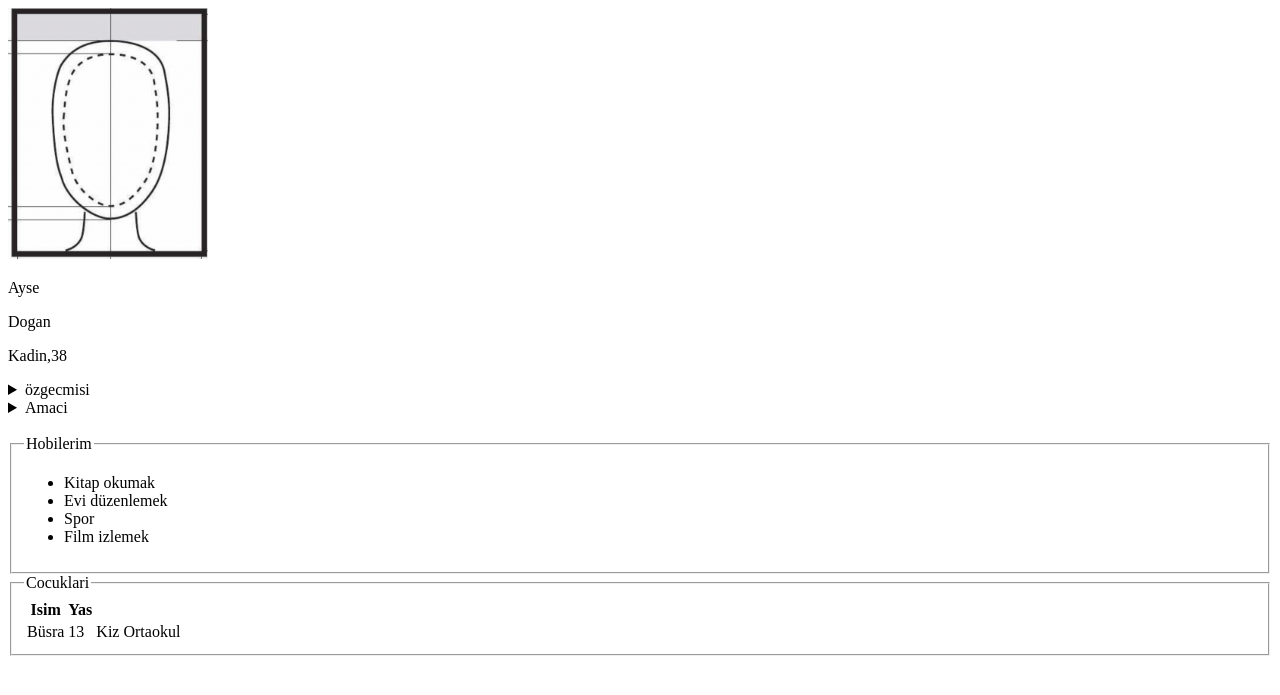
Repository: aysedo/html
Page: Week_2/profile/index.html
The author's editor kept a copy of each file at every save. The page is drawn from the files as they stood at one save, then again after the next save.
The browser window is 1280 px wide. The pictures show the whole page.

Above is the page before, as saved 2021-08-25 23:28:27.

After the next save:
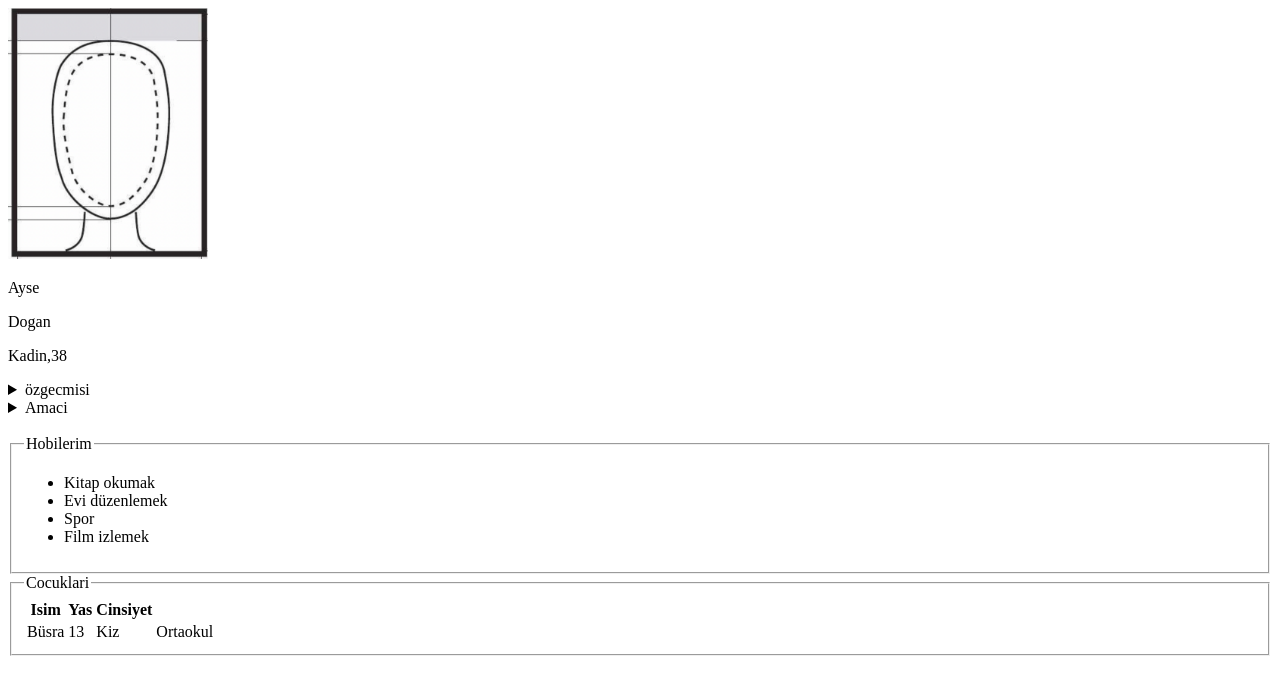
Saved 31 s later.
--- a/Week_2/profile/index.html
+++ b/Week_2/profile/index.html
@@ -44,6 +44,7 @@
                 <table>
                   <th> Isim</th>
                   <th> Yas </th>
+                  <th> Cinsiyet</th>
                   <tr>
                     <td>Büsra</td>
                     <td>13</td>
